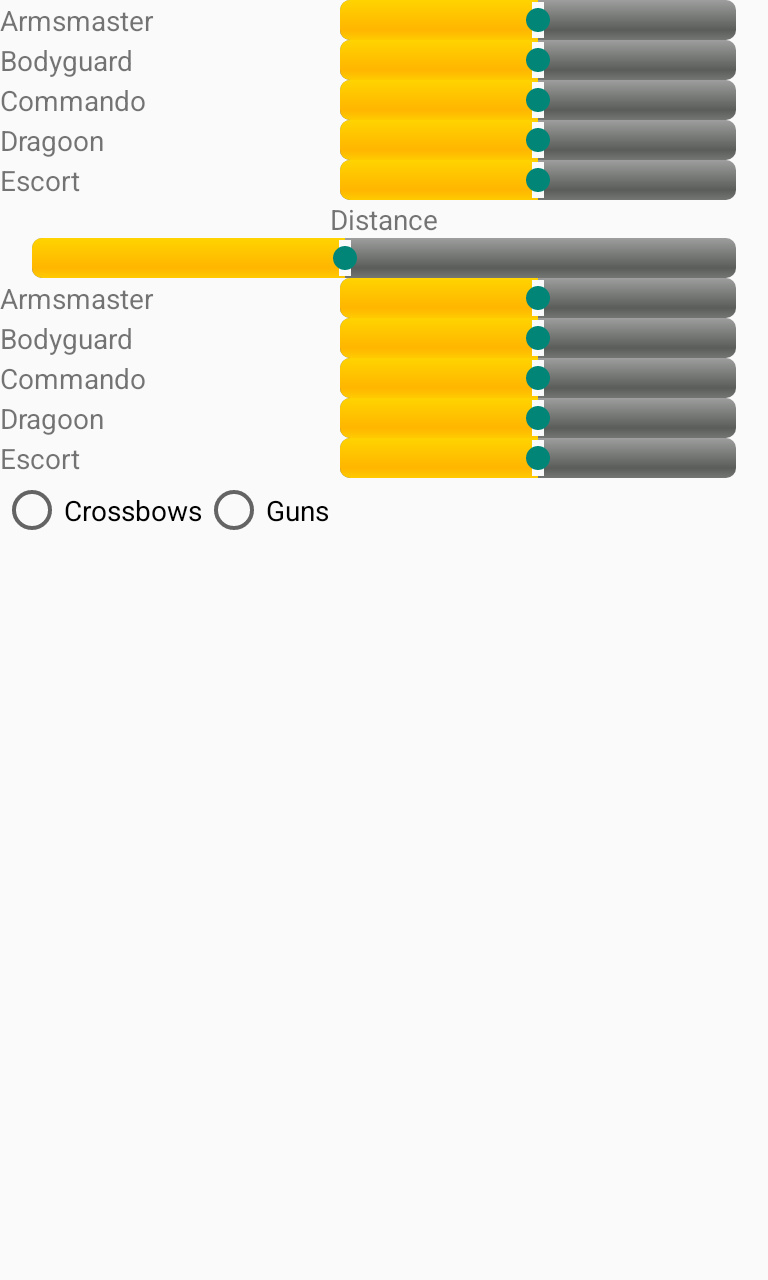
Repository: bryanpope/TARR
Layout: workspace/helloworld/res/layout/activity_hello_world.xml
The author's editor kept a copy of each file at every save. The layout is drawn from the files as they stood at one save, then again after the next save.
It is drawn on a 768 x 1280 px phone screen (xhdpi) without system bars, with theme AppTheme; the app's code is not run.

Above is the layout before, as saved 2014-06-01 23:22:05.

After the next save:
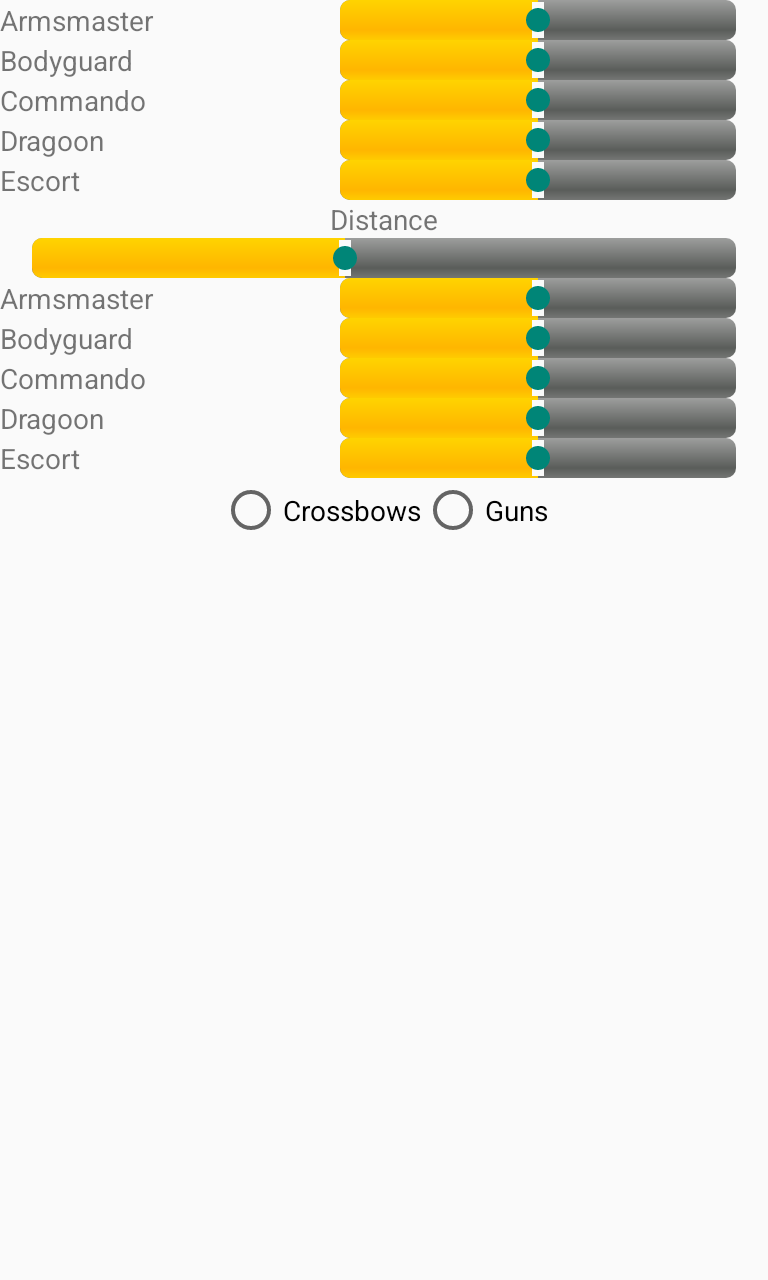
Saved 50 s later.
--- a/workspace/helloworld/res/layout/activity_hello_world.xml
+++ b/workspace/helloworld/res/layout/activity_hello_world.xml
@@ -233,10 +233,10 @@
 	</LinearLayout>
 
 	<RadioGroup
-	    android:layout_width="fill_parent"
-	    android:layout_height="wrap_content"
-	    android:orientation="horizontal"
-	    android:layout_gravity="center_horizontal" >
+	    android:layout_width="wrap_content"
+	    android:layout_height="wrap_content"
+	    android:layout_gravity="center_horizontal"
+	    android:orientation="horizontal" >
 	    <RadioButton
 	        android:id="@+id/radioCrossbows"
 	        android:layout_width="wrap_content"
